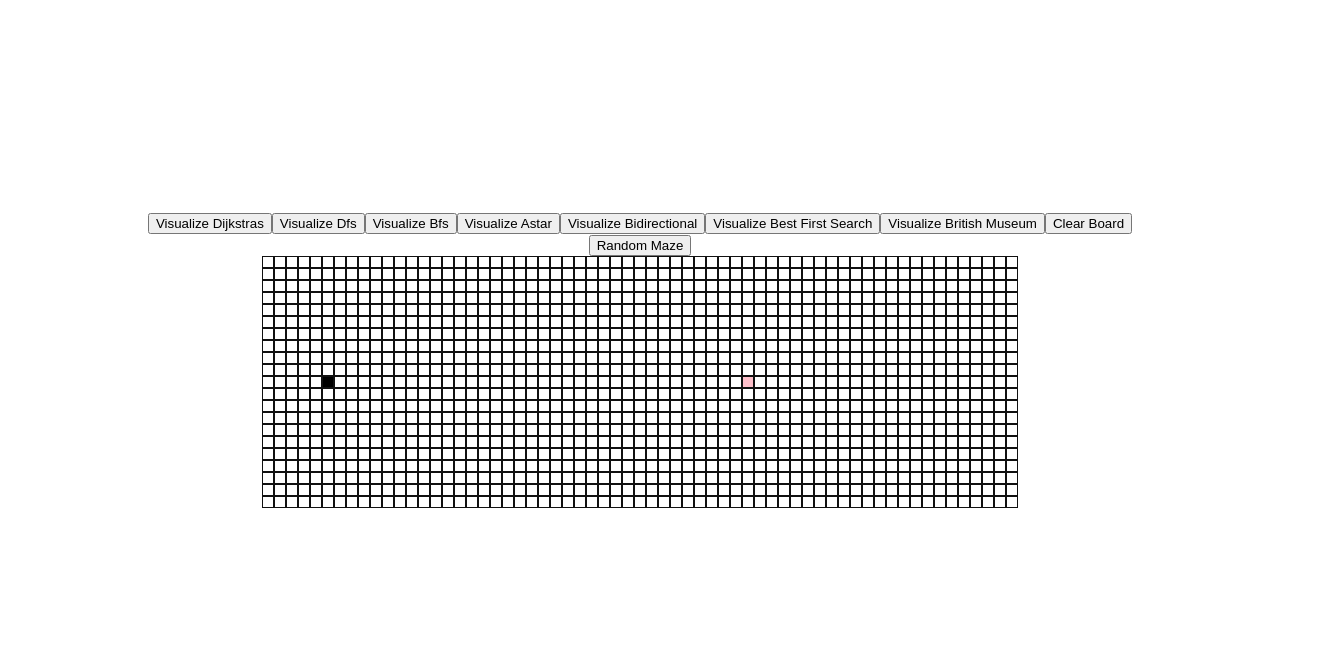
Repository: rehans-Life/Pathfinding-Visualizer
Page: /
The author's editor kept a copy of each file at every save. The page is drawn from the files as they stood at one save, then again after the next save.
The browser window is 1280 px wide. The page is 1280 px wide, then 1333 px, so the pictures cover 1333 px, including what lies to the right of the window. The pictures show the whole page.
The project was rebuilt for these pictures with package versions that can differ from the ones it lists, and the page was loaded fresh each time. The framework's server and built-in components were replaced by stand-ins that run in the browser. Also part of the build but not shown: next.config.js.

Above is the page before, as saved 2023-03-11 09:48:55.

### pages/index.js
import Head from "next/head";
import styles from "../styles/Home.module.css";
import Node from "../components/Node";
import { visualizeDijistras } from "../algorithms/dijkstras";
import { useState } from "react";
import { visualizeDfs } from "../algorithms/dfs";
import { visualizeBfs } from "../algorithms/bfs";
import { visualizeAstar } from "../algorithms/aStar";
import { visualizeBidirectional } from "../algorithms/bidirectional";
import { visualizeBestfs } from "../algorithms/bestFirstSearch";
import { visualizeBritishMuseum } from "../algorithms/britishMuseum";
import { randomMaze } from "../mazes/randomMaze";

export const START_ROW = 10;
export const START_COL = 5;
export const END_ROW = 10;
export const END_COL = 40;
export const ROWS = 21;
export const COLS = 63;

function getInitialGrid() {
  let grid = [];
  for (let i = 0; i < ROWS; i++) {
    let row = [];
    for (let j = 0; j < COLS; j++) {
      const node = {
        row: i,
        col: j,
        isStart: i === START_ROW && j === START_COL,
        isEnd: i === END_ROW && j === END_COL,
        distance: Infinity,
        parent: null,
        isVisited: false,
        isInPath: false,
        isWall: false,
        huristic: Infinity,
        totalDistance: Infinity,
      };
      row.push(node);
    }
    grid.push(row);
  }
  return grid;
}

const canBecomeWall = (row, col) => {
  return row != END_ROW || col != END_COL;
};

export default function Home() {
  const [grid, setGrid] = useState(getInitialGrid());
  const [mouseDown, setMouseDown] = useState(false);

  const handleMouseDown = (row, col) => {
    if (!canBecomeWall(row, col)) return;
    setMouseDown(true);
    setCellAsWall(row, col);
  };

  const handleMouseEnter = (row, col) => {
    if (!canBecomeWall(row, col)) return;
    if (mouseDown) {
      setCellAsWall(row, col);
    }
  };

  const handleMouseUp = () => {
    setMouseDown(false);
  };

  const setCellAsWall = (row, col) => {
    let newGrid = grid.slice();
    newGrid[row][col].isWall = !newGrid[row][col].isWall;
    setGrid(newGrid);
  };

  return (
    <div className={styles.container}>
      <Head>
        <title>Pathfinding Visualizer</title>
        <meta name="description" content="Generated by create next app" />
        <link rel="icon" href="/favicon.ico" />
      </Head>
      <div className={styles.buttons}>
        <button onClick={() => visualizeDijistras(grid, setGrid)}>
          Visualize Dijkstras
        </button>
        <button onClick={() => visualizeDfs(grid, setGrid)}>
          Visualize Dfs
        </button>
        <button onClick={() => visualizeBfs(grid, setGrid)}>
          Visualize Bfs
        </button>
        <button onClick={() => visualizeAstar(grid, setGrid)}>
          Visualize Astar
        </button>
        <button onClick={() => visualizeBidirectional(grid, setGrid)}>
          Visualize Bidirectional
        </button>
        <button onClick={() => visualizeBestfs(grid, setGrid)}>
          Visualize Best First Search
        </button>
        <button onClick={() => visualizeBritishMuseum(grid, setGrid)}>
          Visualize British Museum
        </button>
        <button onClick={() => setGrid(getInitialGrid())}>Clear Board</button>
      </div>
      <div className={styles.buttons}>
        <button onClick={() => randomMaze(grid, setGrid)}>Random Maze</button>
      </div>
      {grid.map((row, index) => (
        <div key={index} className={styles.row}>
          {row.map((node, index) => (
            <Node
              key={index}
              row={node.row}
              col={node.col}
              isStart={node.isStart}
              isEnd={node.isEnd}
              distance={node.distance}
              isVisited={node.isVisited}
              isInPath={node.isInPath}
              isWall={node.isWall}
              handleMouseDown={handleMouseDown}
              handleMouseUp={handleMouseUp}
              handleMouseEnter={handleMouseEnter}
            ></Node>
          ))}
        </div>
      ))}
    </div>
  );
}

### styles/Home.module.css
.container {
  display: flex;
  flex-direction: column;
  justify-content: center;
  align-items: center;
  width: 100vw;
  height: 100vh;
}
.node {
  padding: 5px;
  border: 1px solid #111;
}

.row {
  display: flex;
}
.button {
  display: flex;
  align-items: center;
}

.startNode {
  padding: 5px;
  border: 1px solid #111;
  background-color: black;
}
.visited {
  background-color: lightslategray;
  padding: 5px;
  border: 1px solid #111;
}

.wall {
  background-color: darkslateblue;
  padding: 5px;
  border: 1px solid #111;
}

.inPath {
  background-color: royalblue;
  padding: 5px;
  border: 1px solid #111;
}

.endNode {
  padding: 5px;
  border: 1px solid #111;
  background-color: pink;
}

### components/Node.js
import React from "react";
import styles from "../styles/Home.module.css";

export default function Node({
  row,
  col,
  isStart,
  isEnd,
  isWall,
  isInPath,
  isVisited,
  handleMouseDown,
  handleMouseUp,
  handleMouseEnter,
}) {
  return (
    <div
      onMouseDown={() => handleMouseDown(row, col)}
      onMouseUp={handleMouseUp}
      onMouseEnter={() => handleMouseEnter(row, col)}
      className={
        isStart
          ? styles.startNode
          : isEnd
          ? styles.endNode
          : isWall
          ? styles.wall
          : isInPath
          ? styles.inPath
          : isVisited
          ? styles.visited
          : styles.node
      }
    >
      {" "}
    </div>
  );
}

### algorithms/dijkstras.js
import { COLS, END_COL, END_ROW, ROWS, START_COL, START_ROW } from "../pages";

class PriorityQueue {
  constructor() {
    this.heap = [];
  }

  isEmpty() {
    return this.heap.length == 0;
  }

  insert(node) {
    this.heap.push(node);
    let i = this.heap.length - 1;
    this.siftup(i);
  }

  delete() {
    let temp = this.heap[0];
    this.heap[0] = this.heap[this.heap.length - 1];
    this.heap.pop();
    this.shiftdown(0);
    return temp;
  }

  siftup(i) {
    let parent = Math.floor((i - 1) / 2);
    while (parent >= 0 && this.heap[parent].distance > this.heap[i].distance) {
      let temp = this.heap[parent];
      this.heap[parent] = this.heap[i];
      this.heap[i] = temp;
      i = parent;
      parent = Math.floor((i - 1) / 2);
    }
  }
  shiftdown(i) {
    let leftChild = i * 2 + 1;
    let rightChild = i * 2 + 2;
    let n = this.heap.length;

    while (
      (leftChild < n &&
        this.heap[leftChild].distance < this.heap[i].distance) ||
      (rightChild < n && this.heap[rightChild].distance < this.heap[i].distance)
    ) {
      let smaller =
        rightChild >= n ||
        this.heap[leftChild].distance <= this.heap[rightChild].distance
          ? leftChild
          : rightChild;

      let temp = this.heap[i];
      this.heap[i] = this.heap[smaller];
      this.heap[smaller] = temp;

      i = smaller;
      leftChild = i * 2 + 1;
      rightChild = i * 2 + 2;
    }
  }
}

function isValid(row, col) {
  return row < ROWS && row >= 0 && col < COLS && col >= 0;
}

export function dijkstras(grid, src, target) {
  let priorityQueue = new PriorityQueue();
  let delRow = [-1, +1, 0, 0];
  let delCol = [0, 0, -1, +1];

  let visitedNodes = [];

  priorityQueue.insert(src);
  src.distance = 0;
  visitedNodes.push(src);

  while (!priorityQueue.isEmpty()) {
    let node = priorityQueue.delete();

    for (let i = 0; i < 4; i++) {
      let adjRow = node.row + delRow[i];
      let adjCol = node.col + delCol[i];
      let newDistance = node.distance + 1;

      if (isValid(adjRow, adjCol)) {
        let adjNode = grid[adjRow][adjCol];
        if (!adjNode.isWall && newDistance < adjNode.distance) {
          adjNode.distance = newDistance;
          adjNode.parent = node;
          if (adjNode.row === target.row && adjNode.col === target.col) {
            return visitedNodes;
          }
          visitedNodes.push(adjNode);
          priorityQueue.insert(adjNode);
        }
      }
    }
  }
  return visitedNodes;
}

const animteDijkstras = (visitedNodes, path, grid, setGrid) => {
  for (let i = 0; i < visitedNodes?.length; i++) {
    if (i === visitedNodes.length - 1) {
      setTimeout(() => {
        animatePath(path, grid, setGrid);
      }, 30 * i);
    }
    setTimeout(() => {
      let newGrid = grid.slice();

      let node = visitedNodes[i];
      let newNode = {
        ...node,
        isVisited: true,
      };

      newGrid[node.row][node.col] = newNode;
      setGrid(newGrid);
    }, 30 * i);
  }
};

const animatePath = (path, grid, setGrid) => {
  for (let i = 0; i < path?.length; i++) {
    setTimeout(() => {
      let newGrid = grid.slice();

      let node = path[i];
      let newNode = {
        ...node,
        isInPath: true,
      };

      newGrid[node.row][node.col] = newNode;
      setGrid(newGrid);
    }, 50 * i);
  }
};

export const visualizeDijistras = (grid, setGrid) => {
  let startNode = grid[START_ROW][START_COL];
  let endNode = grid[END_ROW][END_COL];
  let visitedNodes = dijkstras(grid, startNode, endNode);
  let node = grid[END_ROW][END_COL];
  let path = [];
  while (node) {
    path.push(node);
    node = node.parent;
  }
  path.reverse();
  animteDijkstras(visitedNodes, path, grid, setGrid);
};

### algorithms/dfs.js
import { COLS, END_COL, END_ROW, ROWS, START_COL, START_ROW } from "../pages";

export function visualizeDfs(grid, setGrid) {
  let startNode = grid[START_ROW][START_COL];
  let endNode = grid[END_ROW][END_COL];
  let visitedNodes = dfs(grid, startNode, endNode);
  let path = [];
  let node = endNode;
  while (node) {
    path.push(node);
    node = node.parent;
  }
  path.reverse();
  animateDfs(visitedNodes, path, grid, setGrid);
}

function animateDfs(visitedNodes, path, grid, setGrid) {
  for (let i = 0; i < visitedNodes.length; i++) {
    setTimeout(() => {
      if (i === visitedNodes.length - 1) {
        animatePath(path, grid, setGrid);
      }
      let newGrid = grid.slice();

      let node = visitedNodes[i];
      let newNode = {
        ...node,
        isVisited: true,
      };

      newGrid[node.row][node.col] = newNode;
      setGrid(newGrid);
    }, 10 * i);
  }
}

function animatePath(path, grid, setGrid) {
  for (let i = 0; i < path.length; i++) {
    setTimeout(() => {
      let newGrid = grid.slice();

      let node = path[i];
      let newNode = {
        ...node,
        isInPath: true,
      };

      newGrid[node.row][node.col] = newNode;
      setGrid(newGrid);
    }, 10 * i);
  }
}

function isValid(row, col) {
  return row < ROWS && row >= 0 && col < COLS && col >= 0;
}

function dfs(grid, src, target) {
  let visitedNodes = [];
  let delRow = [-1, 0, 0, +1];
  let delCol = [0, +1, -1, 0];

  function helper(node, parent) {
    node.distance = 1;
    node.parent = parent;
    visitedNodes.push(node);

    if (node.row === target.row && node.col === target.col) {
      return true;
    }

    for (let i = 0; i < 4; i++) {
      let adjRow = node.row + delRow[i];
      let adjCol = node.col + delCol[i];

      if (isValid(adjRow, adjCol)) {
        let adjNode = grid[adjRow][adjCol];
        if (!adjNode.isWall && adjNode.distance === Infinity) {
          if (helper(adjNode, node)) {
            return true;
          }
        }
      }
    }
  }

  helper(src, null);
  return visitedNodes;
}

### algorithms/bfs.js
import { COLS, END_COL, END_ROW, ROWS, START_COL, START_ROW } from "../pages";

function isValid(row, col) {
  return row < ROWS && row >= 0 && col < COLS && col >= 0;
}

export function bfs(grid, src, target) {
  let queue = [];
  let delRow = [-1, +1, 0, 0];
  let delCol = [0, 0, -1, +1];

  let visitedNodes = [];

  queue.push(src);
  src.distance = 0;
  visitedNodes.push(src);

  while (queue.length) {
    let node = queue.shift();

    for (let i = 0; i < 4; i++) {
      let adjRow = node.row + delRow[i];
      let adjCol = node.col + delCol[i];
      let newDistance = node.distance + 1;

      if (isValid(adjRow, adjCol)) {
        let adjNode = grid[adjRow][adjCol];
        if (!adjNode.isWall && newDistance < adjNode.distance) {
          adjNode.distance = newDistance;
          adjNode.parent = node;
          if (adjNode.row === target.row && adjNode.col === target.col) {
            return visitedNodes;
          }
          visitedNodes.push(adjNode);
          queue.push(adjNode);
        }
      }
    }
  }
  return visitedNodes;
}

const animateBfs = (visitedNodes, path, grid, setGrid) => {
  for (let i = 0; i < visitedNodes?.length; i++) {
    if (i === visitedNodes.length - 1) {
      setTimeout(() => {
        animatePath(path, grid, setGrid);
      }, 10 * i);
    }
    setTimeout(() => {
      let newGrid = grid.slice();

      let node = visitedNodes[i];
      let newNode = {
        ...node,
        isVisited: true,
      };

      newGrid[node.row][node.col] = newNode;
      setGrid(newGrid);
    }, 10 * i);
  }
};

const animatePath = (path, grid, setGrid) => {
  for (let i = 0; i < path?.length; i++) {
    setTimeout(() => {
      let newGrid = grid.slice();

      let node = path[i];
      let newNode = {
        ...node,
        isInPath: true,
      };

      newGrid[node.row][node.col] = newNode;
      setGrid(newGrid);
    }, 50 * i);
  }
};

export const visualizeBfs = (grid, setGrid) => {
  let startNode = grid[START_ROW][START_COL];
  let endNode = grid[END_ROW][END_COL];
  let visitedNodes = bfs(grid, startNode, endNode);
  let node = grid[END_ROW][END_COL];
  let path = [];
  while (node) {
    path.push(node);
    node = node.parent;
  }
  path.reverse();
  animateBfs(visitedNodes, path, grid, setGrid);
};

### algorithms/bidirectional.js
import { COLS, END_COL, END_ROW, ROWS, START_COL, START_ROW } from "../pages";

function isValid(row, col) {
  return row < 20 && row >= 0 && col < 50 && col >= 0;
}

function bidirectional(grid, src, target) {
  let forwardQueue = [];
  let backwardQueue = [];

  let forwardVisitedNodes = [];
  let backwardVisitedNodes = [];

  src.distance = 0;
  forwardQueue.push(src);
  forwardVisitedNodes.push(src);

  target.distance = 0;
  backwardQueue.push(target);
  backwardVisitedNodes.push(target);

  while (forwardQueue.length && backwardQueue.length) {
    bfs(grid, forwardQueue, forwardVisitedNodes, backwardVisitedNodes);

    let backwardIntersectingNodes = bfs(
      grid,
      backwardQueue,
      backwardVisitedNodes,
      forwardVisitedNodes
    );
    if (backwardIntersectingNodes) {
      return [
        answer(forwardVisitedNodes, backwardVisitedNodes),
        genertatePath(backwardIntersectingNodes),
      ];
    }
  }
  return [answer(forwardVisitedNodes, backwardVisitedNodes), []];
}

function answer(forwardVisitedNodes, backwardVisitedNodes) {
  let visitedNodes = [];
  let n = forwardVisitedNodes.length;
  let m = backwardVisitedNodes.length;

  let greater = n > m ? n : m;

  for (let i = 0; i < greater; i++) {
    if (i < n) visitedNodes.push(forwardVisitedNodes[i]);
    if (i < m) visitedNodes.push(backwardVisitedNodes[i]);
  }
  return visitedNodes;
}

function genertatePath(intersectingingNodes) {
  let forwardPath = [];
  let forwardNode = intersectingingNodes[0];
  while (forwardNode) {
    forwardPath.push(forwardNode);
    forwardNode = forwardNode.parent;
  }
  forwardPath.reverse();
  let backwardPath = [];
  let backwardNode = intersectingingNodes[1];
  while (backwardNode) {
    backwardPath.push(backwardNode);
    backwardNode = backwardNode.parent;
  }
  let path = [...forwardPath, ...backwardPath];
  return path;
}

function bfs(grid, queue, directionVisitedNodes, visitedNodes) {
  let node = queue.shift();
  let delRow = [-1, +1, 0, 0];
  let delCol = [0, 0, -1, +1];

  for (let i = 0; i < 4; i++) {
    let adjRow = node.row + delRow[i];
    let adjCol = node.col + delCol[i];
    let newDistance = node.distance + 1;

    if (isValid(adjRow, adjCol)) {
      let adjNode = grid[adjRow][adjCol];

      if (visitedNodes.includes(adjNode)) {
        return [adjNode, node];
      }

      if (!adjNode.isWall && newDistance < adjNode.distance) {
        adjNode.distance = newDistance;
        adjNode.parent = node;
        directionVisitedNodes.push(adjNode);
        queue.push(adjNode);
      }
    }
  }
}

const animateBidirectional = (visitedNodes, path, grid, setGrid) => {
  for (let i = 0; i < visitedNodes?.length; i++) {
    if (i === visitedNodes.length - 1) {
      setTimeout(() => {
        animatePath(path, grid, setGrid);
      }, 10 * i);
    }
    setTimeout(() => {
      let newGrid = grid.slice();

      let node = visitedNodes[i];
      let newNode = {
        ...node,
        isVisited: true,
      };

      newGrid[node.row][node.col] = newNode;
      setGrid(newGrid);
    }, 10 * i);
  }
};

const animatePath = (path, grid, setGrid) => {
  for (let i = 0; i < path?.length; i++) {
    setTimeout(() => {
      let newGrid = grid.slice();

      let node = path[i];
      let newNode = {
        ...node,
        isInPath: true,
      };

      newGrid[node.row][node.col] = newNode;
      setGrid(newGrid);
    }, 50 * i);
  }
};

export const visualizeBidirectional = (grid, setGrid) => {
  let startNode = grid[START_ROW][START_COL];
  let endNode = grid[END_ROW][END_COL];
  let [visitedNodes, path] = bidirectional(grid, startNode, endNode);
  animateBidirectional(visitedNodes, path, grid, setGrid);
};

### algorithms/britishMuseum.js
import { COLS, END_COL, END_ROW, ROWS, START_COL, START_ROW } from "../pages";

function huristics(grid, src) {
  let queue = [];
  let delRow = [-1, +1, 0, 0];
  let delCol = [0, 0, -1, +1];

  queue.push(src);
  src.huristic = 0;

  while (queue.length) {
    let node = queue.shift();

    for (let i = 0; i < 4; i++) {
      let adjRow = node.row + delRow[i];
      let adjCol = node.col + delCol[i];
      if (isValid(adjRow, adjCol)) {
        let adjNode = grid[adjRow][adjCol];
        let huristic = Math.sqrt(
          Math.pow(adjRow - src.row, 2) + Math.pow(adjCol - src.col, 2)
        );
        if (!adjNode.isWall && adjNode.huristic === Infinity) {
          adjNode.huristic = huristic;
          queue.push(adjNode);
        }
      }
    }
  }
}

function isValid(row, col) {
  return row < ROWS && row >= 0 && col < COLS && col >= 0;
}

function britishMuseum(grid, src, target) {
  huristics(grid, target);
  let delRow = [-1, +1, 0, 0];
  let delCol = [0, 0, -1, +1];
  let visitedNodes = [];

  function dfs(node, parent) {
    visitedNodes.push(node);
    node.parent = parent;
    node.distance = 1;
    let adjNodes = [];

    if (node.row === target.row && node.col === target.col) {
      return true;
    }

    for (let i = 0; i < 4; i++) {
      let adjRow = node.row + delRow[i];
      let adjCol = node.col + delCol[i];

      if (isValid(adjRow, adjCol)) {
        let adjNode = grid[adjRow][adjCol];
        if (!adjNode.isWall) {
          adjNodes.push(adjNode);
        }
      }
    }
    adjNodes.sort((a, b) => a.huristic - b.huristic);
    console.log(adjNodes);

    for (let i = 0; i < adjNodes.length; i++) {
      if (adjNodes[i].distance === Infinity) {
        if (dfs(adjNodes[i], node)) return true;
      }
    }
  }
  dfs(src, null);
  console.log(visitedNodes);
  return visitedNodes;
}

const animateBritishMuseum = (visitedNodes, path, grid, setGrid) => {
  for (let i = 0; i < visitedNodes?.length; i++) {
    if (i === visitedNodes.length - 1) {
      setTimeout(() => {
        animatePath(path, grid, setGrid);
      }, 10 * i);
    }
    setTimeout(() => {
      let newGrid = grid.slice();

      let node = visitedNodes[i];
      let newNode = {
        ...node,
        isVisited: true,
      };

      newGrid[node.row][node.col] = newNode;
      setGrid(newGrid);
    }, 10 * i);
  }
};

const animatePath = (path, grid, setGrid) => {
  for (let i = 0; i < path?.length; i++) {
    setTimeout(() => {
      let newGrid = grid.slice();

      let node = path[i];
      let newNode = {
        ...node,
        isInPath: true,
      };

      newGrid[node.row][node.col] = newNode;
      setGrid(newGrid);
    }, 50 * i);
  }
};

export const visualizeBritishMuseum = (grid, setGrid) => {
  let startNode = grid[START_ROW][START_COL];
  let endNode = grid[END_ROW][END_COL];
  let visitedNodes = britishMuseum(grid, startNode, endNode);
  let node = grid[END_ROW][END_COL];
  let path = [];
  while (node) {
    path.push(node);
    node = node.parent;
  }
  path.reverse();
  animateBritishMuseum(visitedNodes, path, grid, setGrid);
};

### mazes/randomMaze.js
import { COLS, END_COL, END_ROW, ROWS } from "../pages";

function isValid(minRow, maxRow, minCol, maxCol) {
  return minRow < maxRow && minCol < maxCol;
}

function randomNumber(min, max) {
  return Math.floor(Math.random() * (max - min) + min);
}

function isValidRandom(number, direction) {
  return;
}

export function randomMaze(grid, setGrid) {
  let newGrid = grid.slice();

  for (let i = 0; i < COLS; i++) {
    let firstRowNode = newGrid[0][i];
    let lastRowNode = newGrid[ROWS - 1][i];
    firstRowNode.isWall = true;
    lastRowNode.isWall = true;
  }

  for (let i = 0; i < ROWS; i++) {
    let firstColNode = newGrid[i][0];
    let lastColNode = newGrid[i][COLS - 1];
    firstColNode.isWall = true;
    lastColNode.isWall = true;
  }

  divide(newGrid, 2, ROWS - 2, 2, COLS - 2, "row");
  newGrid[END_ROW][END_COL].isWall = false;
  setGrid(newGrid);
}

function divide(grid, minRow, maxRow, minCol, maxCol, direction, prevSpace) {
  if (!isValid(minRow, maxRow, minCol, maxCol)) return;

  if (direction === "row") {
    let randomRow = randomNumber(minRow, maxRow);

    if (minRow === maxRow - 1) return;

    while (randomRow === prevSpace) {
      randomRow = randomNumber(minRow, maxRow);
    }

    let randomSpace = randomNumber(minCol, maxCol);

    for (let i = minCol - 2; i < maxCol + 2; i++) {
      let node = grid[randomRow][i];
      if (i != randomSpace) {
        node.isWall = true;
      }
    }
    divide(grid, minRow, randomRow - 2, minCol, maxCol, "col", randomSpace);
    divide(grid, randomRow + 2, maxRow, minCol, maxCol, "col", randomSpace);
  } else {
    if (minCol === maxCol - 1) return;

    let randomCol = randomNumber(minCol, maxCol);

    while (randomCol === prevSpace) {
      randomCol = randomNumber(minCol, maxCol);
    }

    let randomSpace = randomNumber(minRow, maxRow);

    for (let i = minRow - 2; i < maxRow + 2; i++) {
      let node = grid[i][randomCol];
      if (i != randomSpace) {
        node.isWall = true;
      }
    }
    divide(grid, minRow, maxRow, minCol, randomCol - 2, "col", randomSpace);
    divide(grid, minRow, maxRow, randomCol + 2, maxCol, "row", randomSpace);
  }
}

Loaded but not shown: pages/_app.js (common file); styles/globals.css (common file); algorithms/bestFirstSearch.js (181 lines, source omitted); algorithms/aStar.js (169 lines, source omitted)

After the next save:
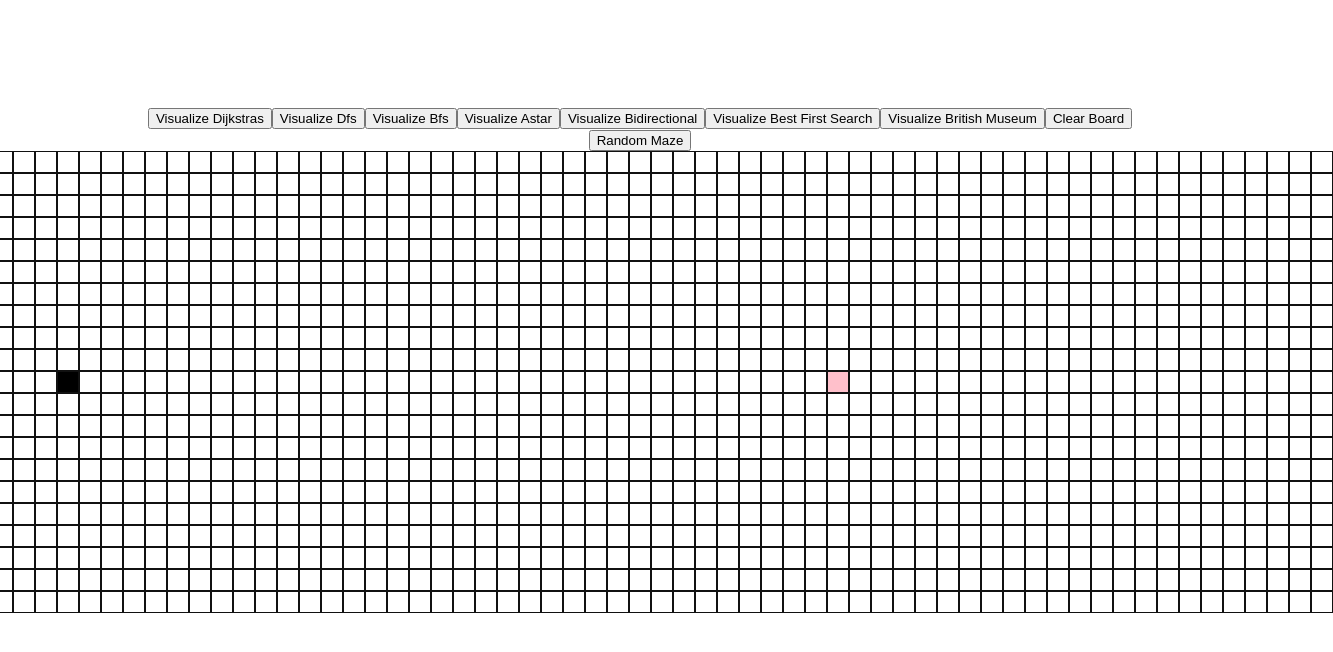
Saved 22 s later.
--- a/styles/Home.module.css
+++ b/styles/Home.module.css
@@ -7,7 +7,7 @@
   height: 100vh;
 }
 .node {
-  padding: 5px;
+  padding: 10px;
   border: 1px solid #111;
 }
 
@@ -20,30 +20,30 @@
 }
 
 .startNode {
-  padding: 5px;
+  padding: 10px;
   border: 1px solid #111;
   background-color: black;
 }
 .visited {
   background-color: lightslategray;
-  padding: 5px;
+  padding: 10px;
   border: 1px solid #111;
 }
 
 .wall {
   background-color: darkslateblue;
-  padding: 5px;
+  padding: 10px;
   border: 1px solid #111;
 }
 
 .inPath {
   background-color: royalblue;
-  padding: 5px;
+  padding: 1-px;
   border: 1px solid #111;
 }
 
 .endNode {
-  padding: 5px;
+  padding: 10px;
   border: 1px solid #111;
   background-color: pink;
 }
